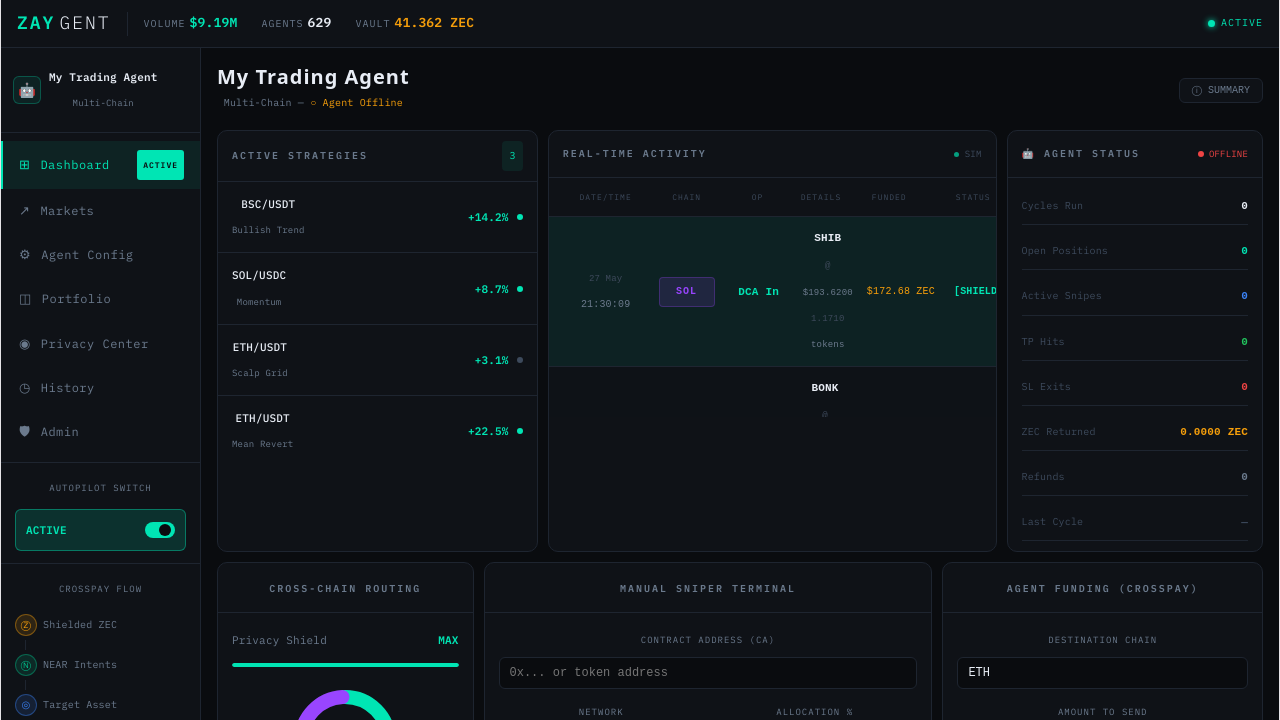
Repository: joshuaonazi/ZayAgent
Page: / (app in zaygent/)
An editor plug-in stored every save of this project. The page is shown before and after the next save, followed by the edit.
The browser window is 1280 px wide. The pictures show the whole page.
The page's requests for data from a server got no answer. An inner scrolling area shows only its first screen. The project was rebuilt for these pictures with package versions that can differ from the ones it lists, and the page was loaded fresh each time. No one was signed in, and anything a server would have sent is missing. Also part of the build but not shown: zaygent/vite.config.js, zaygent/src/components/StatCard.jsx, zaygent/src/pages/Markets.jsx, zaygent/src/pages/AgentConfig.jsx, zaygent/src/components/PnLCard.jsx, zaygent/src/components/PnLCardModal.jsx, zaygent/src/hooks/useAgentPositions.js, zaygent/src/pages/Portfolio.jsx and 4 more.

Above is the page before, as saved 2026-06-22 22:36:44.

After the next save:
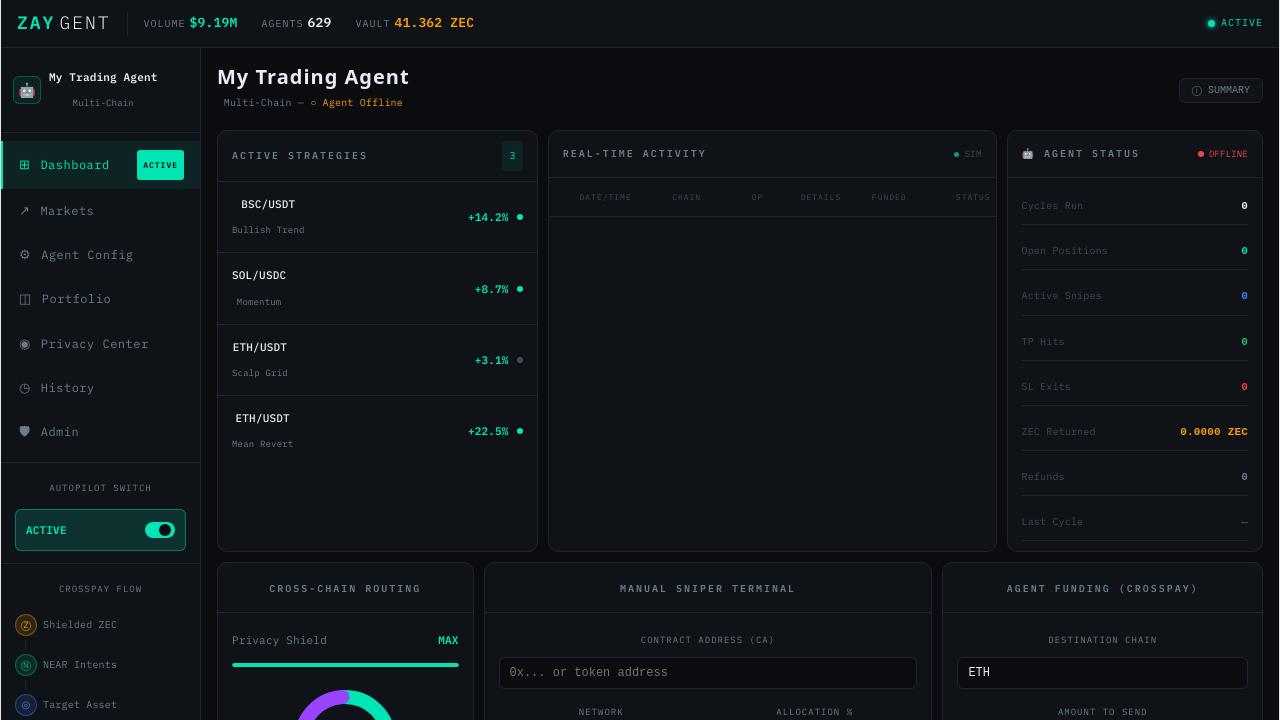
Saved 2 min 59 s later.
--- a/zaygent/src/pages/Dashboard.jsx
+++ b/zaygent/src/pages/Dashboard.jsx
@@ -9,8 +9,8 @@ import ActivityRow from "../components/ActivityRow";
 export default function Dashboard({ agentActive, activities: simActivities, freshIds: simFreshIds }) {
   const { cycleCount, openPositions, activeSnipes, tpHits, slExits, zecReturned, refunds, fearGreed, lastCycle, agentOnline, lastCycleText } = useAgentStats();
   const { events: agentEvents, connected: agentConnected } = useAgentEvents(50);
-  const activities = agentEvents.length > 0 ? agentEvents : simActivities;
-  const freshIds   = agentEvents.length > 0 ? new Set(agentEvents.slice(0, 3).map(e => e.id)) : simFreshIds;
+  const activities = agentEvents.length > 0 ? agentEvents : [];
+  const freshIds   = new Set(agentEvents.slice(0, 3).map(e => e.id));
 
   const [tokenInfo,          setTokenInfo]          = useState(null);
   const [tokenLookupLoading, setTokenLookupLoading] = useState(false);
